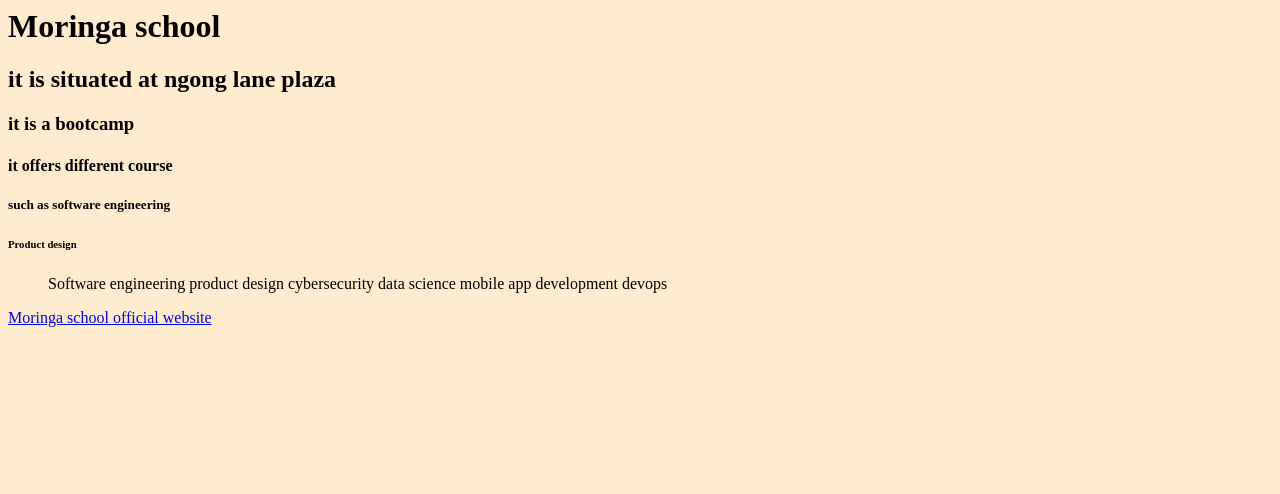
Repository: mrjayajay/week-1-code-challenges
Page: moringa/index.html
The author's editor kept a copy of each file at every save. The page is drawn from the files as they stood at one save, then again after the next save.
The browser window is 1280 px wide. The pictures show the whole page.

Above is the page before, as saved 2024-03-04 23:22:03.

### moringa/index.html
<html>
    <head>
        <title>IntrO To HTML</title>
        <link rel="stylesheet" href="/css/style.css"/>
    </head>

    <body>
         <h1>Moringa school</h1>
         <h2>it is situated at ngong lane plaza</h2>
         <h3>it is a bootcamp</h3>
         <h4>it offers different course</h4>
         <h5>such as software engineering</h5>
         <h6>Product design</h6>
         <ol>
            <ls>
                Software engineering
                product design
                cybersecurity
                data science
                mobile app development
                devops
                </ls>

         </ol>
         <a href="https://www.google.com/search?q=moringa+school&oq=moringa&gs_lcrp=EgZjaHJvbWUqDggAEEUYJxg7GIAEGIoFMg4IABBFGCcYOxiABBiKBTIHCAEQLhiABDIMCAIQIxgnGIAEGIoFMgcIAxAAGIAEMgwIBBAAGBQYhwIYgAQyBggFEEUYPDIGCAYQRRg8MgYIBxBFGDzSAQgyNzY3ajBqNKgCALACAA&sourceid=chrome&ie=UTF-8"
         target="_parent" title="Moringa Official Website">
            Moringa school official website
        </a>
    </body>
</html>

### moringa/css/style.css
body{
    background-color: blanchedalmond;
}

After the next save:
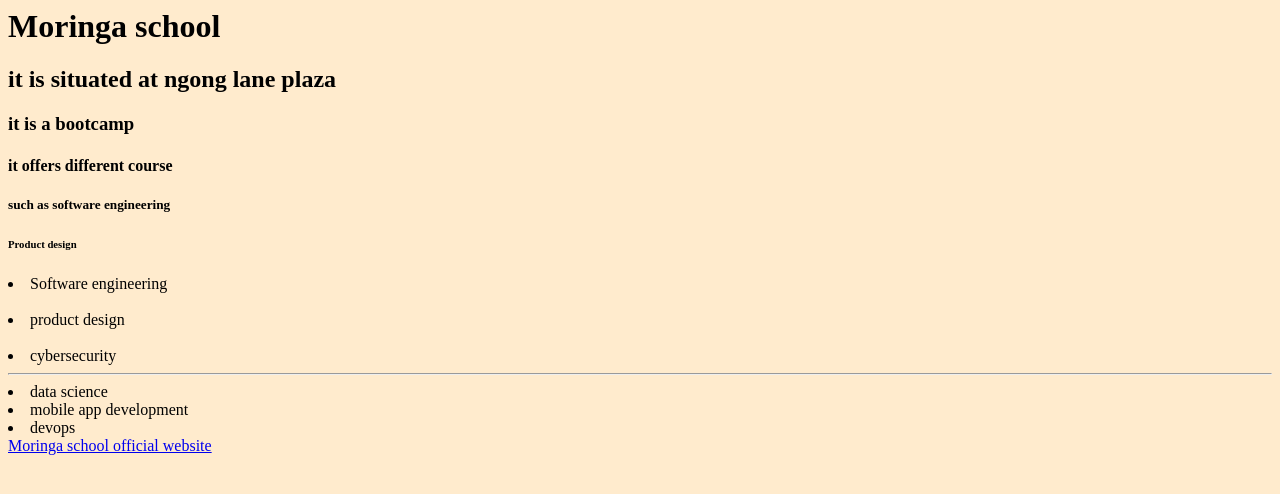
Saved 5 min 15 s later.
--- a/moringa/index.html
+++ b/moringa/index.html
@@ -11,15 +11,18 @@
          <h4>it offers different course</h4>
          <h5>such as software engineering</h5>
          <h6>Product design</h6>
-         <ol>
-            <ls>
-                Software engineering
-                product design
-                cybersecurity
-                data science
-                mobile app development
-                devops
-                </ls>
+         <ui>
+
+                <li>Software engineering</li>
+                <br>
+               <li>product design</li>
+               <br>
+                <li>cybersecurity</li>
+                <hr>
+              <li>data science</li>
+                <li>mobile app development</li>
+                <li>devops</li>
+         </ui>
 
          </ol>
          <a href="https://www.google.com/search?q=moringa+school&oq=moringa&gs_lcrp=EgZjaHJvbWUqDggAEEUYJxg7GIAEGIoFMg4IABBFGCcYOxiABBiKBTIHCAEQLhiABDIMCAIQIxgnGIAEGIoFMgcIAxAAGIAEMgwIBBAAGBQYhwIYgAQyBggFEEUYPDIGCAYQRRg8MgYIBxBFGDzSAQgyNzY3ajBqNKgCALACAA&sourceid=chrome&ie=UTF-8"
